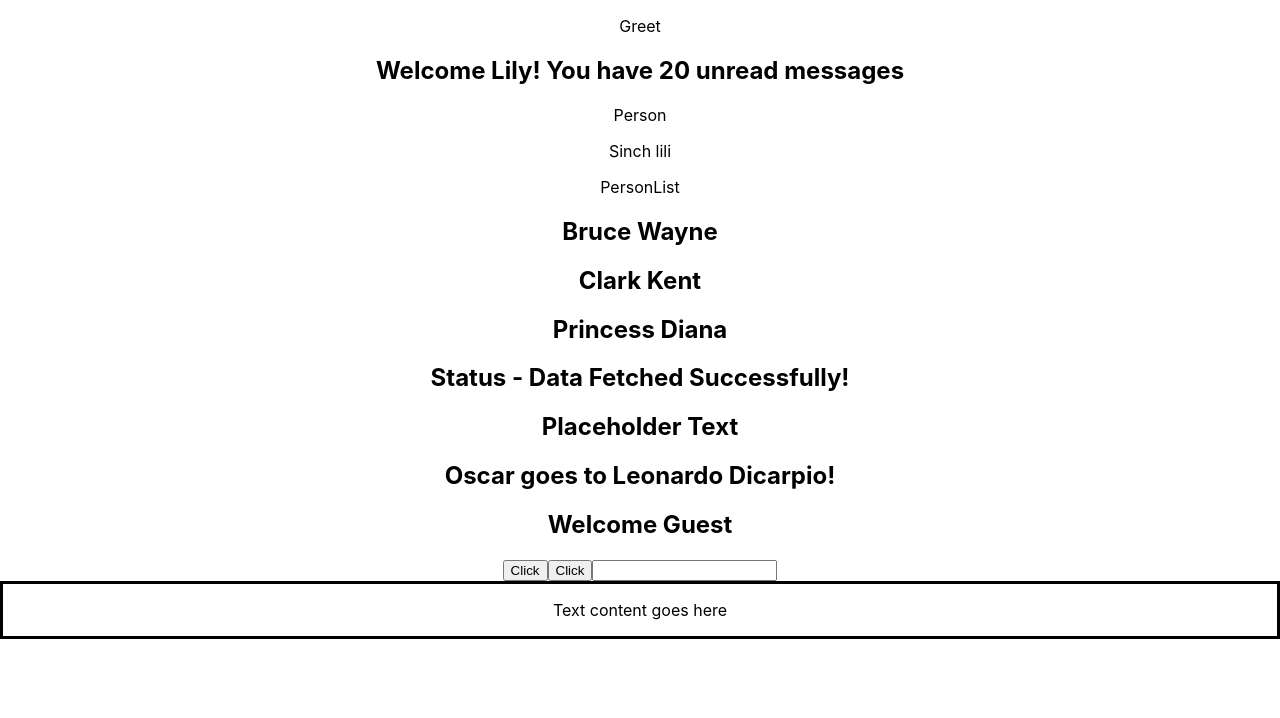
Repository: sinchana-P/react-typescript-demo
Page: /
These files come from the project's save history. The page is drawn as it stood at one moment and after the next save; the edit follows.
The browser window is 1280 px wide. The pictures show the whole page.
The project was rebuilt for these pictures with package versions that can differ from the ones it lists, and the page was loaded fresh each time.

Above is the page before, as saved 2023-12-03 13:50:15.

After the next save:
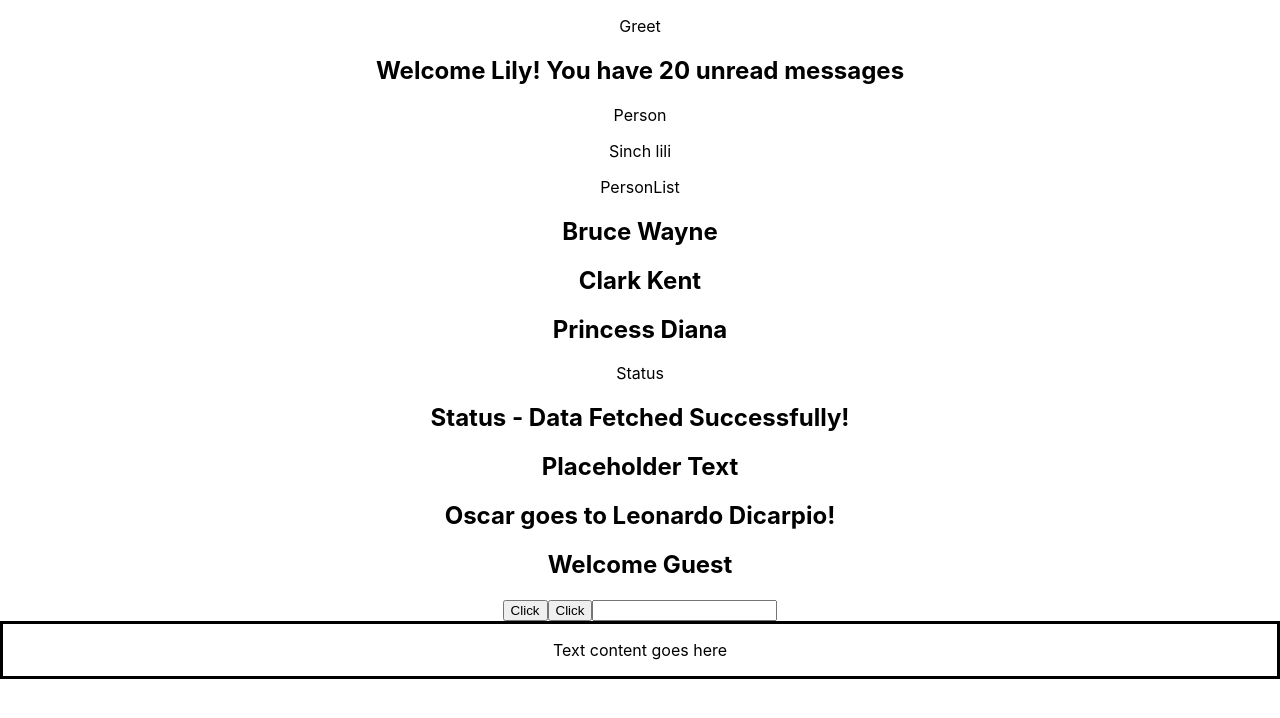
Saved 4 s later.
--- a/src/App.tsx
+++ b/src/App.tsx
@@ -43,6 +43,8 @@ function App() {
 
       <p>PersonList</p>
       <PersonList names={nameList} />
+
+      <p>Status</p>
       <Status status="success" />
       <Heading>Placeholder Text</Heading>
       <Oscar>
